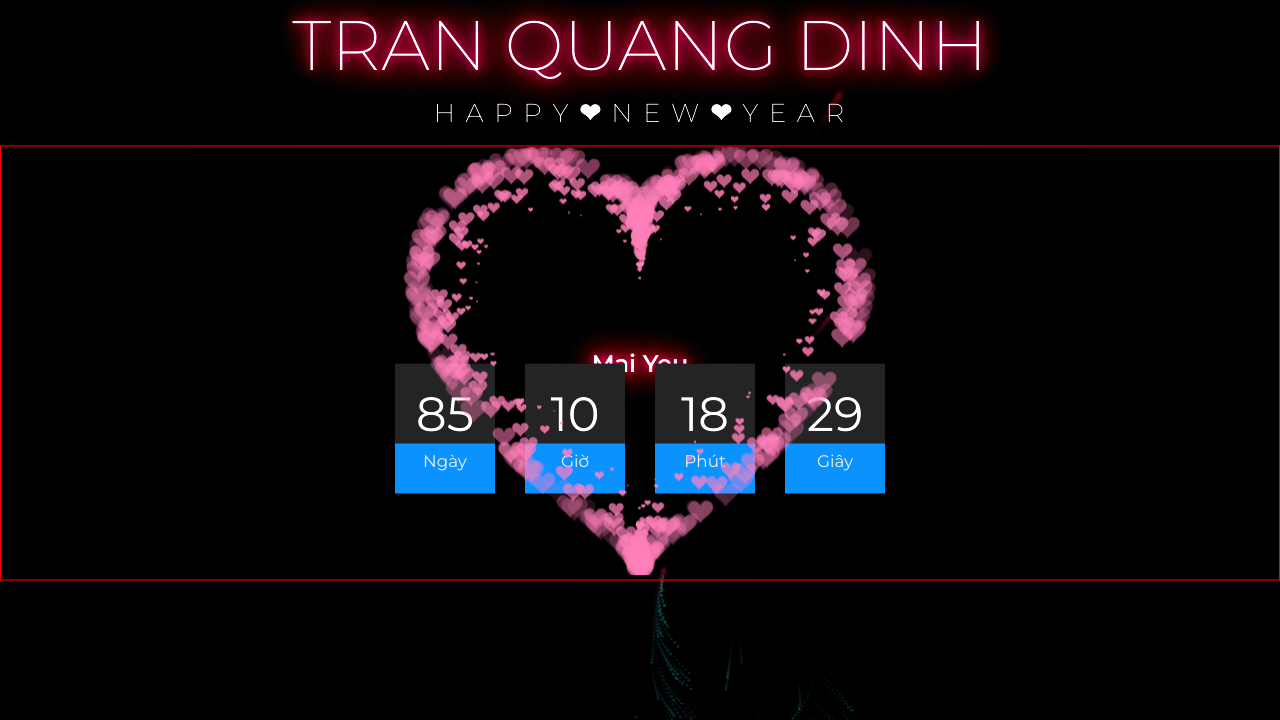
Repository: dinhtq-dev/heart-beat
Page: http://localhost/
An editor plug-in stored every save of this project. The page is shown before and after the next save, followed by the edit.
The browser window is 1280 px wide. The pictures show the whole page.
Some web libraries are served in a nearby version. The page is served by the project's Node server (app.js).

Above is the page before, as saved 2023-01-07 22:40:25.

### views/index.ejs
<!DOCTYPE html>
<html>
  <head>
    <meta charset="utf-8" />
    <link rel="preconnect" href="https://fonts.googleapis.com" />
    <link rel="preconnect" href="https://fonts.gstatic.com" crossorigin />
    <link
      href="https://fonts.googleapis.com/css2?family=Montserrat:wght@200;300;400;600&display=swap"
      rel="stylesheet"
    />
    <link href="css/main.css" rel="stylesheet" />
  </head>

  <body>
    <!-- <audio autoplay="autopaly">
      <source src="renxi.mp3" type="audio/mp3" />
    </audio> -->
    <!-- 星空html -->
    <!-- <div> -->
    <div class="container2">
      <div class="content">
        <canvas id="universe"></canvas>
      </div>
    </div>
    <!-- </div> -->
    <div class="title">
      <!-- EDIT HERE -->
      <h3 class="STARDUST1">2023</h3>
      <!-- <h1 class="STARDUST2">MT &amp; BN</h1> -->
      <h1 class="STARDUST2">TRAN QUANG DINH</h1>
      <!-- <h3 class="STARDUST3">L O V E <strong>❤</strong> Y O U</h3> -->
      <h3 class="STARDUST3">
        H A P P Y <strong>❤</strong> N E W <strong>❤</strong> Y E A R
      </h3>
      <!-- <img class="img" src="EDIT_ME.png" alt="JUNO_OKYO" /> -->
      <div class="container-fluid">
        <h2>Mai Yeu</h2>

        <div class="countdown">
          <div id="day"></div>
          <div id="hour"></div>
          <div id="minute"></div>
          <div id="second"></div>
        </div>
        <canvas id="pinkboard"></canvas>
      </div>
    </div>

    <script src="https://cdnjs.cloudflare.com/ajax/libs/jquery/1.10.2/jquery.min.js"></script>
    <script src="js/main.js"></script>
    <script src="js/particle.js"></script>
    <script src="js/universe.js"></script>
    <script src="js/time.js"></script>
  </body>
</html>

### app.js
const express = require("express");
const app = express();
const path = require("path");
const port = 3000;
// set the view engine to ejs
app.set("view engine", "ejs");
app.set("views", "./views");

app.use(express.static(path.join(__dirname, "public")));
// use res.render to load up an ejs view file

// index page
app.get("/", function (req, res) {
  res.render("index");
});

app.listen(port);
console.log("Server is listening on port", port);

### public/css/main.css
.more-pens {
  position: fixed;
  left: 20px;
  bottom: 20px;
  z-index: 10;
  font-family: "Montserrat";
  font-size: 12px;
}

a.white-mode,
a.white-mode:link,
a.white-mode:visited,
a.white-mode:active {
  font-family: "Montserrat";
  font-size: 12px;
  text-decoration: none; /* background: #212121; */
  padding: 4px 8px;
  color: #f7f7f7;
}

a.white-mode:hover,
a.white-mode:link:hover,
a.white-mode:visited:hover,
a.white-mode:active:hover {
  background: #edf3f8;
  color: #212121;
}

.title {
  z-index: 9999 !important;
  position: absolute;
  left: 50%;
  top: 42%;
  transform: translateX(-50%) translateY(-50%);
  font-family: "Montserrat";
  text-align: center;
  width: 100%;
}

.title h1 {
  z-index: 99;
  position: relative;
  color: #fff;
  font-weight: 100;
  font-size: 70px;
  padding: 0;
  margin: 0;
  line-height: 1;
  text-shadow: 0 0 10px #ff006c, 0 0 20px #ff006c, 0 0 30px #ff006c,
    0 0 40px #ff417d, 0 0 70px #ff417d, 0 0 80px #ff417d, 0 0 100px #ff417d,
    0 0 150px #ff417d;
}

.title h1 span {
  z-index: 99;
  font-weight: 600;
  padding: 0;
  margin: 0;
  color: #ffffff;
}

.title h3 {
  z-index: 99;
  font-weight: 200;
  font-size: 26px;
  padding: 0;
  margin: 0;
  line-height: 1;
  color: #ffffff;
  letter-spacing: 2px;
}

/* 爱心css */
canvas {
  position: absolute;
  width: 100%;
  height: 100%;
}

.img {
  position: absolute;
  left: 50%;
  top: 60%;
  transform: translate(-50%, -50%);
  width: 420px;
  height: 420px;
}

#pinkboard {
  position: relative;
  top: 0%;
  left: 0%;
  height: 429px;
}

.STARDUST1 {
  position: relative !important;
  top: -60px;
}

.STARDUST2 {
  position: relative !important;
  top: -40px;
}

.STARDUST3 {
  position: relative !important;
  top: -20px;
}

/* 星空css */
html,
body {
  padding: 0px;
  margin: 0px;
  width: 100%;
  height: 100%;
  position: fixed;
}

body {
  display: flex;
  justify-content: center;
  align-items: center;
  -webkit-filter: contrast(120%);
  filter: contrast(120%);
  background-image: radial-gradient(
    1600px at 70% 120%,
    rgba(33, 39, 80, 1) 10%,
    #020409 100%
  ) !important; /* background-color: black; */
}

.container2 {
  /* z-index: 8; */
  position: absolute;
  width: 100%;
  height: 100%;
  background-image: radial-gradient(
    1600px at 70% 120%,
    rgba(33, 39, 80, 1) 10%,
    #020409 100%
  ) !important;
}

.content {
  width: inherit;
  height: inherit;
  width: 100%;
  height: 100%;
  background-image: radial-gradient(
    1600px at 70% 120%,
    rgba(33, 39, 80, 1) 10%,
    #020409 100%
  ) !important;
}

#universe {
  width: 100%;
  height: 100%;
}

#footerContent {
  font-family: sans-serif;
  font-size: 110%;
  color: rgba(200, 220, 255, 0.3);
  width: 100%;
  position: fixed;
  bottom: 0px;
  padding: 20px;
  text-align: center;
  z-index: 20;
}

/* #footer {
  position: absolute;
  bottom: 0px;
  height: 300px;
  width: 100%;
} */
#scene {
  height: 100%;
  position: absolute;
  left: 50%;
  margin-left: -800px;
}

a {
  text-decoration: none;
  color: rgba(200, 220, 255, 1);
  opacity: 0.4;
  transition: opacity 0.4s ease;
}

a:hover {
  opacity: 1;
}

/* heart image: https://stackoverflow.com/a/51216413 */
img {
  /* width: 200px; */
  aspect-ratio: 1;
  object-fit: cover;
  --_m: radial-gradient(#000 69%, #0000 70%) 84.5% fill/100%;
  -webkit-mask-box-image: var(--_m);
  mask-border: var(--_m);
  clip-path: polygon(-41% 0, 50% 91%, 141% 0);
}

.container-fluid {
  border: 1px solid red;
  position: relative;
}

.container-fluid h2 {
  color: white;
  position: absolute;
  margin: 0;
  padding: 0;
  left: 50%;
  top: 50%;
  transform: translate(-50%, -50%);

  line-height: 1;
  text-shadow: 0 0 10px #ff006c, 0 0 20px #ff006c, 0 0 30px #ff006c,
    0 0 40px #ff417d, 0 0 70px #ff417d, 0 0 80px #ff417d, 0 0 100px #ff417d,
    0 0 150px #ff417d;
}

.container {
  position: absolute;
  top: 80px;
  left: 100px;
  right: 100px;
  bottom: 80px;
  background: url(https://images.unsplash.com/photo-1588392382834-a891154bca4d?ixid=MXwxMjA3fDB8MHxwaG90by1wYWdlfHx8fGVufDB8fHw%3D&ixlib=rb-1.2.1&auto=format&fit=crop&w=1589&q=80);
  background-attachment: fixed;
  display: flex;
  justify-content: center;
  align-items: center;
  flex-direction: column;
  box-shadow: 0 1px 1px rgba(0, 0, 0, 0.12), 0 2px 2px rgba(0, 0, 0, 0.12),
    0 4px 4px rgba(0, 0, 0, 0.12), 0 8px 8px rgba(0, 0, 0, 0.12),
    0 16px 16px rgba(0, 0, 0, 0.12);
}

.container h2 {
  text-align: center;
  font-size: 10em;
  line-height: 0.7em;
  color: #fff;
  margin-top: -80px;
}
.container h2 span {
  display: block;
  letter-spacing: 6px;
  font-size: 0.2em;
}

.countdown {
  display: flex;
  margin-top: 50px;
  position: absolute;
  left: 50%;
  top: 50%;
  transform: translate(-50%, -50%);
}

.countdown div {
  position: relative;
  width: 100px;
  height: 100px;
  line-height: 100px;
  text-align: center;
  background: #333;
  color: #fff;
  margin: 0 15px;
  font-size: 3em;
  box-shadow: 0 1px 1px rgba(0, 0, 0, 0.12), 0 2px 2px rgba(0, 0, 0, 0.12),
    0 4px 4px rgba(0, 0, 0, 0.12), 0 8px 8px rgba(0, 0, 0, 0.12),
    0 16px 16px rgba(0, 0, 0, 0.12);
}
.countdown div:before {
  content: "";
  position: absolute;
  bottom: -30px;
  left: 0;
  width: 100%;
  height: 50px;
  background: #1e90ff;
  color: #dddddd;
  font-size: 0.35em;
  line-height: 35px;
}

.countdown #day:before {
  content: "Ngày";
}
.countdown #hour:before {
  content: "Giờ";
}
.countdown #minute:before {
  content: "Phút";
}
.countdown #second:before {
  content: "Giây";
}

### public/js/main.js
let particles = [];
let microparticles = [];

const c1 = createCanvas({
  width: $(window).width(),
  height: $(window).height(),
});

const tela = c1.canvas;
const canvas = c1.context;

// $("body").append(tela);
$("body").append(c1.canvas);

class Particle1 {
  constructor(canvas) {
    this.random = Math.random();
    this.random1 = Math.random();
    this.random2 = Math.random();
    this.progress = 0;
    this.canvas = canvas;
    this.life = 1000 + Math.random() * 3000;

    this.x = $(window).width() / 2 + (Math.random() * 20 - Math.random() * 20);
    this.y = $(window).height();
    this.s = 2 + Math.random();
    this.w = $(window).width();
    this.h = $(window).height();
    this.direction = this.random > 0.5 ? -1 : 1;
    this.radius = 1 + 3 * this.random;
    this.color = "#ff417d";

    this.ID = setInterval(
      function () {
        microparticles.push(
          new microParticle(c1.context, {
            x: this.x,
            y: this.y,
          })
        );
      }.bind(this),
      this.random * 20
    );

    setTimeout(
      function () {
        clearInterval(this.ID);
      }.bind(this),
      this.life
    );
  }

  render() {
    this.canvas.beginPath();
    this.canvas.arc(this.x, this.y, this.radius, 0, 2 * Math.PI);
    // this.canvas.lineWidth = 2;
    this.canvas.shadowOffsetX = 0;
    this.canvas.shadowOffsetY = 0;
    // this.canvas.shadowBlur = 6;
    this.canvas.shadowColor = "#000000";
    this.canvas.fillStyle = this.color;
    this.canvas.fill();
    this.canvas.closePath();
  }

  move() {
    this.x -=
      this.direction * Math.sin(this.progress / (this.random1 * 430)) * this.s;
    this.y -= Math.cos(this.progress / this.h) * this.s;

    if (this.x < 0 || this.x > this.w - this.radius) {
      clearInterval(this.ID);
      return false;
    }

    if (this.y < 0) {
      clearInterval(this.ID);
      return false;
    }
    this.render();
    this.progress++;
    return true;
  }
}

class microParticle {
  constructor(canvas, options) {
    this.random = Math.random();
    this.random1 = Math.random();
    this.random2 = Math.random();
    this.progress = 0;
    this.canvas = canvas;

    this.x = options.x;
    this.y = options.y;
    this.s = 2 + Math.random() * 3;
    this.w = $(window).width();
    this.h = $(window).height();
    this.radius = 1 + this.random * 0.5;
    this.color = "#4EFCFE"; //this.random > .5 ? "#a9722c" : "#FFFED7"
  }

  render() {
    this.canvas.beginPath();
    this.canvas.arc(this.x, this.y, this.radius, 0, 2 * Math.PI);
    this.canvas.lineWidth = 2;
    this.canvas.fillStyle = this.color;
    this.canvas.fill();
    this.canvas.closePath();
  }

  move() {
    this.x -=
      Math.sin(this.progress / (100 / (this.random1 - this.random2 * 10))) *
      this.s;
    this.y += Math.cos(this.progress / this.h) * this.s;

    if (this.x < 0 || this.x > this.w - this.radius) {
      return false;
    }

    if (this.y > this.h) {
      return false;
    }
    this.render();
    this.progress++;
    return true;
  }
}

var random_life = 1000;

setInterval(
  function () {
    particles.push(new Particle1(canvas));
    random_life = 2000 * Math.random();
  }.bind(this),
  random_life
);

function clear() {
  let grd = canvas.createRadialGradient(
    tela.width / 2,
    tela.height / 2,
    0,
    tela.width / 2,
    tela.height / 2,
    tela.width
  );
  grd.addColorStop(0, "rgba(20,20,20,1)");
  grd.addColorStop(1, "rgba(0,0,0,0)");
  // Fill with gradient
  canvas.globalAlpha = 0.16;
  canvas.fillStyle = grd;
  canvas.fillRect(0, 0, tela.width, tela.height);
}

function blur(ctx, canvas, amt) {
  // ctx.filter = `blur(${amt}px)`
  // ctx.drawImage(canvas, 0, 0)
  // ctx.filter = 'none'
}

function update() {
  clear();
  particles = particles.filter(function (p) {
    return p.move();
  });
  microparticles = microparticles.filter(function (mp) {
    return mp.move();
  });
  requestAnimationFrame(update.bind(this));
}

function createCanvas(properties) {
  let canvas = document.createElement("canvas");
  canvas.width = properties.width;
  //   canvas.style.zIndex = 999;
  canvas.height = properties.height;
  let context = canvas.getContext("2d");
  return {
    canvas: canvas,
    context: context,
  };
}

update();

### public/js/particle.js
/*
 * Settings
 */
var settings = {
  particles: {
    length: 500, // maximum amount of particles
    duration: 2, // particle duration in sec
    velocity: 100, // particle velocity in pixels/sec
    effect: -0.75, // play with this for a nice effect
    size: 30, // particle size in pixels
  },
};

/*
 * RequestAnimationFrame polyfill by Erik M?ller
 */
(function() {
  var b = 0;
  var c = ["ms", "moz", "webkit", "o"];
  for (var a = 0; a < c.length && !window.requestAnimationFrame; ++a) {
    window.requestAnimationFrame = window[c[a] + "RequestAnimationFrame"];
    window.cancelAnimationFrame =
      window[c[a] + "CancelAnimationFrame"] ||
      window[c[a] + "CancelRequestAnimationFrame"];
  }
  if (!window.requestAnimationFrame) {
    window.requestAnimationFrame = function(h, e) {
      var d = new Date().getTime();
      var f = Math.max(0, 16 - (d - b));
      var g = window.setTimeout(function() {
        h(d + f);
      }, f);
      b = d + f;
      return g;
    };
  }
  if (!window.cancelAnimationFrame) {
    window.cancelAnimationFrame = function(d) {
      clearTimeout(d);
    };
  }
})();

/*
 * Point class
 */
var Point = (function() {
  function Point(x, y) {
    this.x = typeof x !== "undefined" ? x : 0;
    this.y = typeof y !== "undefined" ? y : 0;
  }
  Point.prototype.clone = function() {
    return new Point(this.x, this.y);
  };
  Point.prototype.length = function(length) {
    if (typeof length == "undefined")
      return Math.sqrt(this.x * this.x + this.y * this.y);
    this.normalize();
    this.x *= length;
    this.y *= length;
    return this;
  };
  Point.prototype.normalize = function() {
    var length = this.length();
    this.x /= length;
    this.y /= length;
    return this;
  };
  return Point;
})();

/*
 * Particle class
 */
var Particle = (function() {
  function Particle() {
    this.position = new Point();
    this.velocity = new Point();
    this.acceleration = new Point();
    this.age = 0;
  }
  Particle.prototype.initialize = function(x, y, dx, dy) {
    this.position.x = x;
    this.position.y = y;
    this.velocity.x = dx;
    this.velocity.y = dy;
    this.acceleration.x = dx * settings.particles.effect;
    this.acceleration.y = dy * settings.particles.effect;
    this.age = 0;
  };
  Particle.prototype.update = function(deltaTime) {
    this.position.x += this.velocity.x * deltaTime;
    this.position.y += this.velocity.y * deltaTime;
    this.velocity.x += this.acceleration.x * deltaTime;
    this.velocity.y += this.acceleration.y * deltaTime;
    this.age += deltaTime;
  };
  Particle.prototype.draw = function(context, image) {
    function ease(t) {
      return --t * t * t + 1;
    }
    var size = image.width * ease(this.age / settings.particles.duration);
    context.globalAlpha = 1 - this.age / settings.particles.duration;
    context.drawImage(
      image,
      this.position.x - size / 2,
      this.position.y - size / 2,
      size,
      size
    );
  };
  return Particle;
})();

/*
 * ParticlePool class
 */
var ParticlePool = (function() {
  var particles,
    firstActive = 0,
    firstFree = 0,
    duration = settings.particles.duration;

  function ParticlePool(length) {
    // create and populate particle pool
    particles = new Array(length);
    for (var i = 0; i < particles.length; i++)
      particles[i] = new Particle();
  }
  ParticlePool.prototype.add = function(x, y, dx, dy) {
    particles[firstFree].initialize(x, y, dx, dy);

    // handle circular queue
    firstFree++;
    if (firstFree == particles.length) firstFree = 0;
    if (firstActive == firstFree) firstActive++;
    if (firstActive == particles.length) firstActive = 0;
  };
  ParticlePool.prototype.update = function(deltaTime) {
    var i;

    // update active particles
    if (firstActive < firstFree) {
      for (i = firstActive; i < firstFree; i++)
        particles[i].update(deltaTime);
    }
    if (firstFree < firstActive) {
      for (i = firstActive; i < particles.length; i++)
        particles[i].update(deltaTime);
      for (i = 0; i < firstFree; i++) particles[i].update(deltaTime);
    }

    // remove inactive particles
    while (
      particles[firstActive].age >= duration &&
      firstActive != firstFree
    ) {
      firstActive++;
      if (firstActive == particles.length) firstActive = 0;
    }
  };
  ParticlePool.prototype.draw = function(context, image) {
    // draw active particles
    if (firstActive < firstFree) {
      for (i = firstActive; i < firstFree; i++)
        particles[i].draw(context, image);
    }
    if (firstFree < firstActive) {
      for (i = firstActive; i < particles.length; i++)
        particles[i].draw(context, image);
      for (i = 0; i < firstFree; i++) particles[i].draw(context, image);
    }
  };
  return ParticlePool;
})();

/*
 * Putting it all together
 */
(function(canvas) {
  var context = canvas.getContext("2d"),
    particles = new ParticlePool(settings.particles.length),
    particleRate = settings.particles.length / settings.particles.duration, // particles/sec
    time;

  // get point on heart with -PI <= t <= PI
  function pointOnHeart(t) {
    return new Point(
      160 * Math.pow(Math.sin(t), 3),
      130 * Math.cos(t) -
      50 * Math.cos(2 * t) -
      20 * Math.cos(3 * t) -
      10 * Math.cos(4 * t) +
      25
    );
  }

  // creating the particle image using a dummy canvas
  var image = (function() {
    var canvas = document.createElement("canvas"),
      context = canvas.getContext("2d");
    canvas.width = settings.particles.size;
    canvas.height = settings.particles.size;
    // helper function to create the path
    function to(t) {
      var point = pointOnHeart(t);
      point.x =
        settings.particles.size / 2 +
        (point.x * settings.particles.size) / 350;
      point.y =
        settings.particles.size / 2 -
        (point.y * settings.particles.size) / 350;
      return point;
    }
    // create the path
    context.beginPath();
    var t = -Math.PI;
    var point = to(t);
    context.moveTo(point.x, point.y);
    while (t < Math.PI) {
      t += 0.01; // baby steps!
      point = to(t);
      context.lineTo(point.x, point.y);
    }
    context.closePath();
    // create the fill
    context.fillStyle = "#ea80b0";
    context.fill();
    // create the image
    var image = new Image();
    image.src = canvas.toDataURL();
    return image;
  })();

  // render that thing!
  function render() {
    // next animation frame
    requestAnimationFrame(render);

    // update time
    var newTime = new Date().getTime() / 1000,
      deltaTime = newTime - (time || newTime);
    time = newTime;

    // clear canvas
    context.clearRect(0, 0, canvas.width, canvas.height);

    // create new particles
    var amount = particleRate * deltaTime;
    for (var i = 0; i < amount; i++) {
      var pos = pointOnHeart(Math.PI - 2 * Math.PI * Math.random());
      var dir = pos.clone().length(settings.particles.velocity);
      particles.add(
        canvas.width / 2 + pos.x,
        canvas.height / 2 - pos.y,
        dir.x,
        -dir.y
      );
    }

    // update and draw particles
    particles.update(deltaTime);
    particles.draw(context, image);
  }

  // handle (re-)sizing of the canvas
  function onResize() {
    canvas.width = canvas.clientWidth;
    canvas.height = canvas.clientHeight;
  }
  window.onresize = onResize;

  // delay rendering bootstrap
  setTimeout(function() {
    onResize();
    render();
  }, 10);
})(document.getElementById("pinkboard"));

### public/js/universe.js
window.requestAnimationFrame =
  window.requestAnimationFrame ||
  window.mozRequestAnimationFrame ||
  window.webkitRequestAnimationFrame ||
  window.msRequestAnimationFrame;



this.draw = function() {
  universe.beginPath();

  if (this.giant) {
    universe.fillStyle = "rgba(" + giantColor + "," + this.opacity + ")";
    universe.arc(this.x, this.y, 2, 0, 2 * Math.PI, false);
  } else if (this.comet) {
    universe.fillStyle = "rgba(" + cometColor + "," + this.opacity + ")";
    universe.arc(this.x, this.y, 1.5, 0, 2 * Math.PI, false);

    //comet tail
    for (var i = 0; i < 30; i++) {
      universe.fillStyle =
        "rgba(" +
        cometColor +
        "," +
        (this.opacity - (this.opacity / 20) * i) +
        ")";
      universe.rect(
        this.x - (this.dx / 4) * i,
        this.y - (this.dy / 4) * i - 2,
        2,
        2
      );
      universe.fill();
    }
  } else {
    universe.fillStyle = "rgba(" + starColor + "," + this.opacity + ")";
    universe.rect(this.x, this.y, this.r, this.r);
  }

  universe.closePath();
  universe.fill();
};

this.move = function() {
  this.x += this.dx;
  this.y += this.dy;
  if (this.fadingOut === false) {
    this.reset();
  }
  if (this.x > width - width / 4 || this.y < 0) {
    this.fadingOut = true;
  }
};

(function() {
  setTimeout(function() {
    first = false;
  }, 50);
})();


function getProbability(percents) {
  return Math.floor(Math.random() * 1000) + 1 < percents * 10;
}

function getRandInterval(min, max) {
  return Math.random() * (max - min) + min;
}

function windowResizeHandler() {
  width = window.innerWidth;
  height = window.innerHeight;
  starCount = width * starDensity;
  circleRadius = width > height ? height / 2 : width / 2;
  circleCenter = {
    x: width / 2,
    y: height / 2,
  };

  canva.setAttribute("width", width);
  canva.setAttribute("height", height);
}

### public/js/time.js
/*Lấy thời gian tết âm lịch (mily giây)*/
var tetAmLich = new Date(2023, 1, 2, 0, 0, 0).getTime();

function newYear() {
  /*Lấy thời gian ngày hiện tại (mily giây) */
  var ngayHienTai = new Date().getTime();

  /*Tính thời gian còn lại (mily giây) */
  thoigianConLai = tetAmLich - ngayHienTai;

  /*Chuyển đơn vị thời gian tương ứng sang mili giây*/
  var giay = 1000;
  var phut = giay * 60;
  var gio = phut * 60;
  var ngay = gio * 24;

  /*Tìm ra thời gian theo ngày, giờ, phút giây còn lại thông qua cách chia lấy dư(%) và làm tròn số(Math.floor) trong Javascript*/
  var d = Math.floor(thoigianConLai / ngay);
  var h = Math.floor((thoigianConLai % ngay) / gio);
  var m = Math.floor((thoigianConLai % gio) / phut);
  var s = Math.floor((thoigianConLai % phut) / giay);

  /*Hiển thị kết quả ra các thẻ Div với ID tương ứng*/
  document.getElementById("day").innerText = d;
  document.getElementById("hour").innerText = h;
  document.getElementById("minute").innerText = m;
  document.getElementById("second").innerText = s;
}

/*Thiết Lập hàm sẽ tự động chạy lại sau 1s*/
setInterval(function () {
  newYear();
}, 1000);

After the next save:
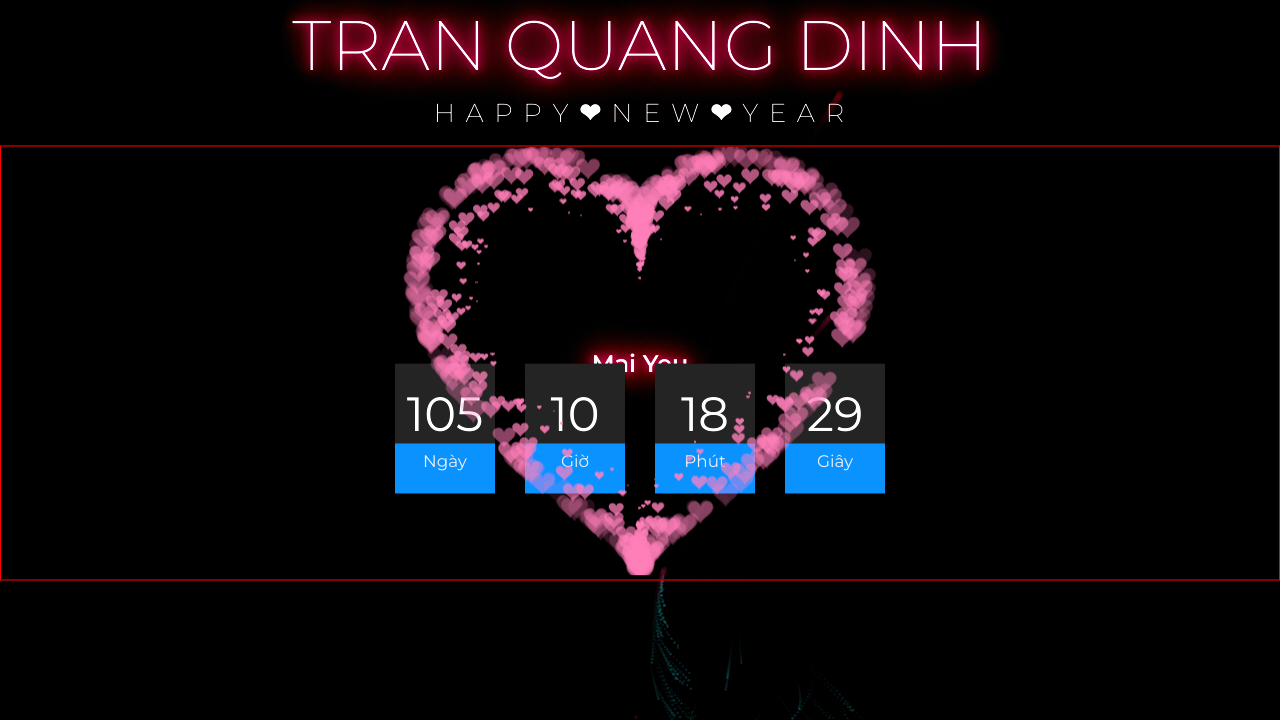
Saved 61 s later.
--- a/public/js/time.js
+++ b/public/js/time.js
@@ -1,5 +1,5 @@
 /*Lấy thời gian tết âm lịch (mily giây)*/
-var tetAmLich = new Date(2023, 1, 2, 0, 0, 0).getTime();
+var tetAmLich = new Date(2023, 1, 22, 0, 0, 0).getTime();
 
 function newYear() {
   /*Lấy thời gian ngày hiện tại (mily giây) */
